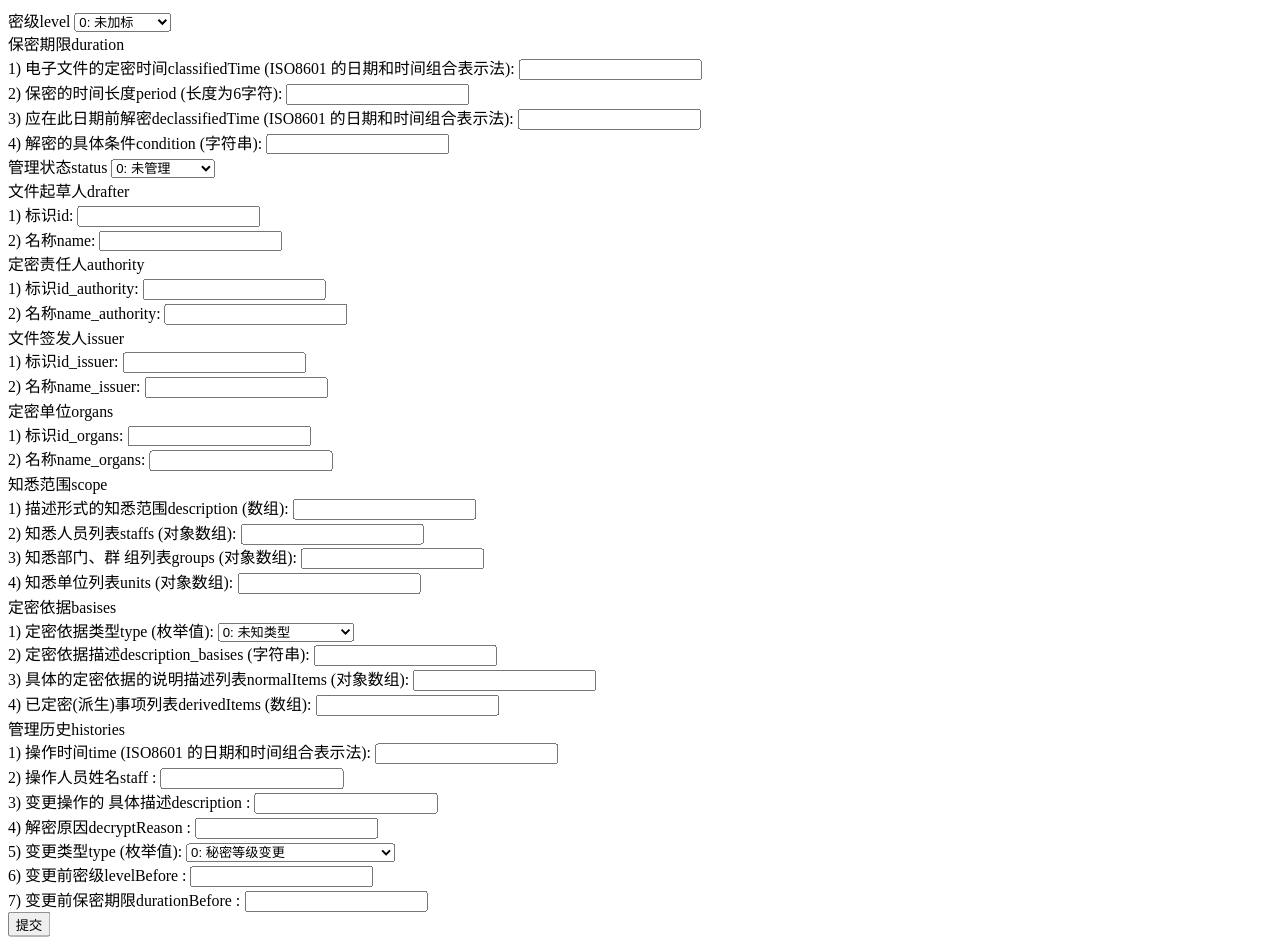
Repository: karlinglee93/eclipse-workspace
Page: jsp_test/WebContent/test.html
An editor plug-in stored every save of this project. The page is shown before and after the next save, followed by the edit.
The browser window is 1280 px wide. The pictures show the whole page, at 99% of full size.

Above is the page before, as saved 2018-07-04 08:55:38.

After the next save:
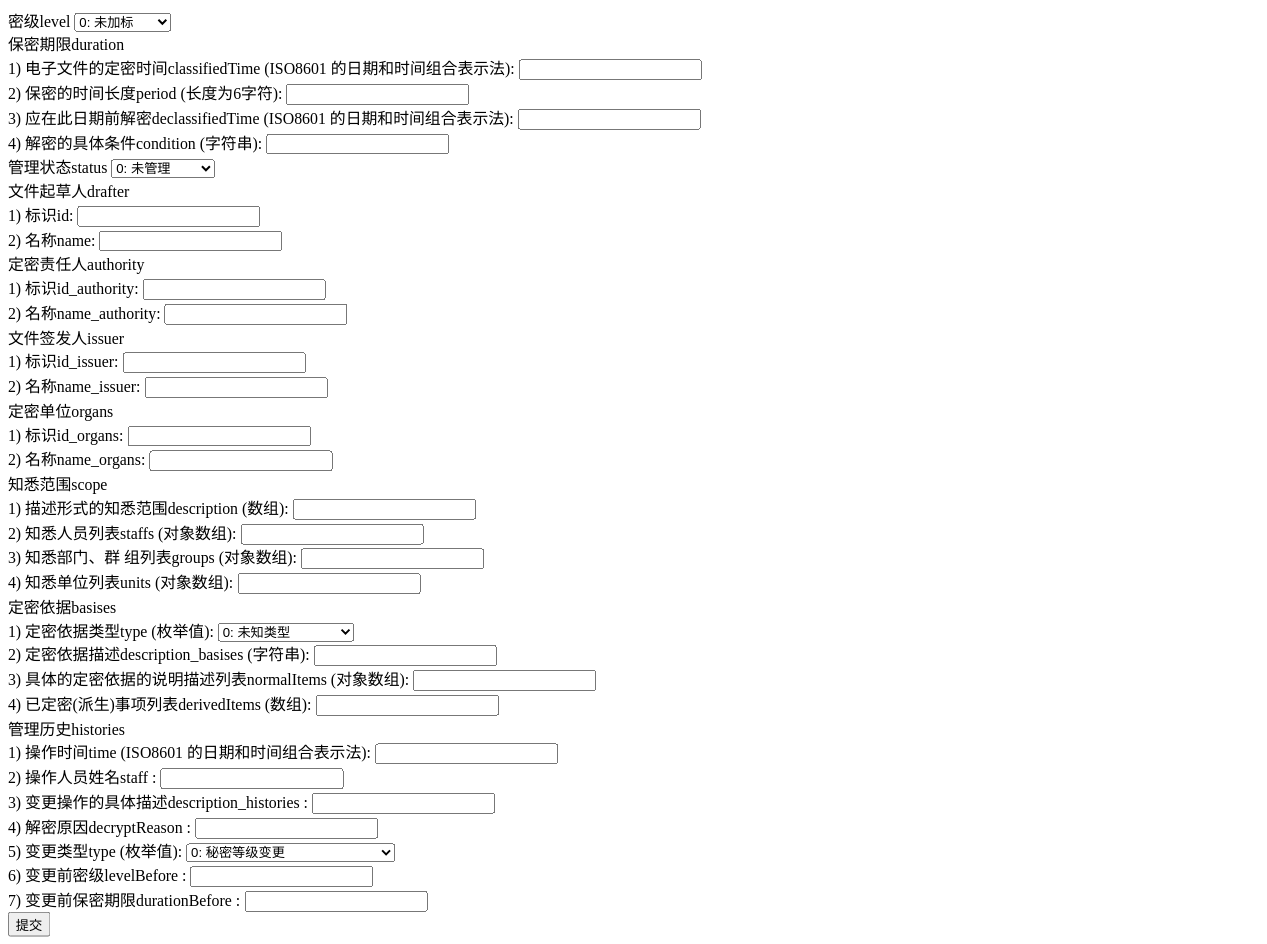
Saved 9 s later.
--- a/jsp_test/WebContent/test.html
+++ b/jsp_test/WebContent/test.html
@@ -143,8 +143,8 @@
 2) 操作人员姓名staff :
 <input type="text" name="staff" />
 <br />
-3) 变更操作的 具体描述description :
-<input type="text" name="description" />
+3) 变更操作的具体描述description_histories :
+<input type="text" name="description_histories" />
 <br />
 4) 解密原因decryptReason :
 <input type="text" name="decryptReason" />
